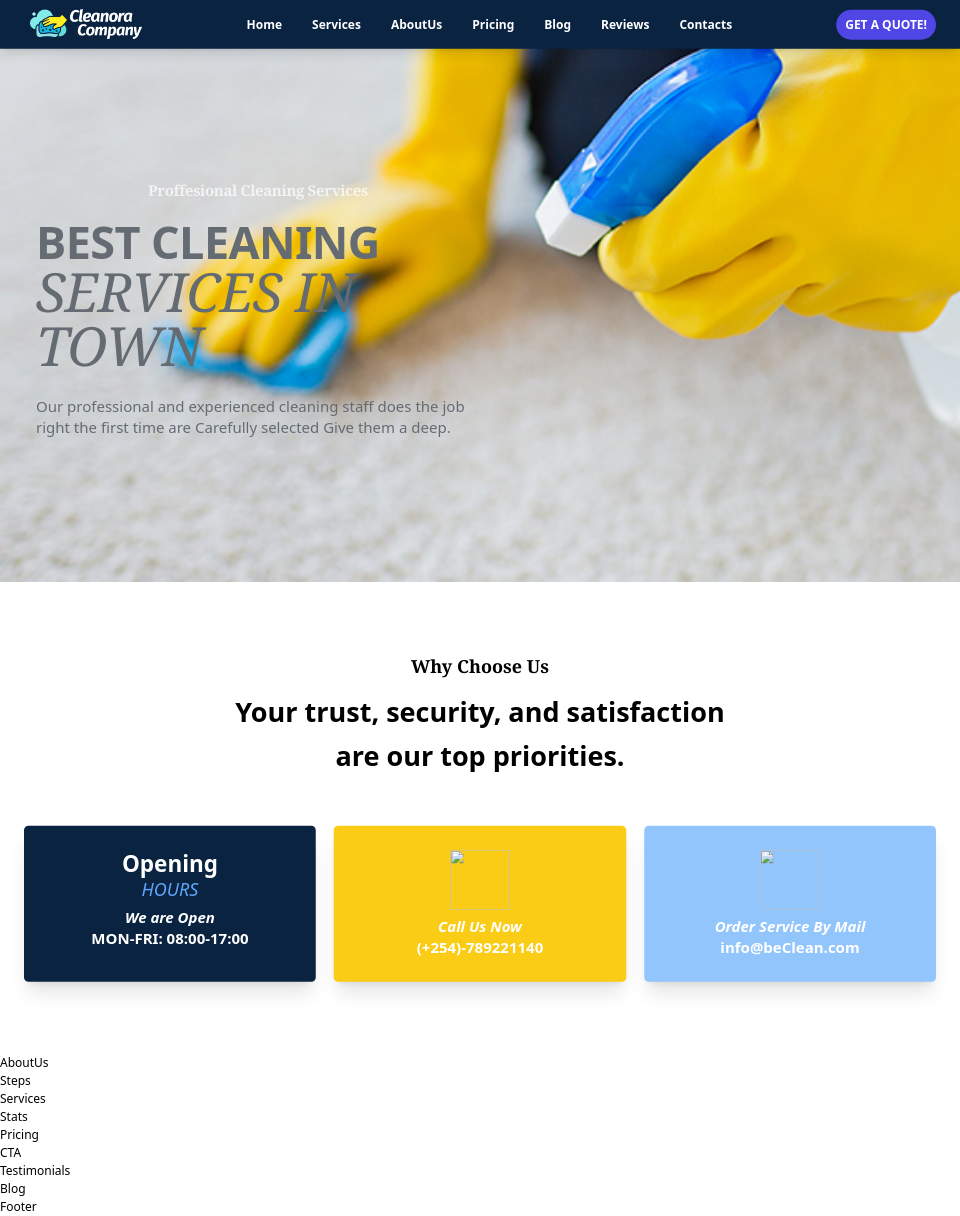
Repository: remydev47/cleonara
Page: /
An editor plug-in stored every save of this project. The page is shown before and after the next save, followed by the edit.
The browser window is 1280 px wide. The pictures show the whole page, at 75% of full size.
The project was rebuilt for these pictures with package versions that can differ from the ones it lists, and the page was loaded fresh each time. The framework's server and built-in components were replaced by stand-ins that run in the browser. Also part of the build but not shown: next.config.js.

Above is the page before, as saved 2022-11-01 12:48:43.
Not found: images/mail.png
Not found: images/smartphone.png

### pages/_app.tsx
import '../styles/globals.css'
import type { AppProps } from 'next/app'
import Header from '../components/Header'

function MyApp({ Component, pageProps }: AppProps) {
  return(
    <>
      <Header />
      <Component {...pageProps} />
    </>

  )
}

export default MyApp

### pages/index.tsx
import type { NextPage } from 'next'
import Head from 'next/head'
import Image from 'next/image'
import { AboutUs, CTA, Hero, Offers, Pricing, Services, Blog, Stats, Steps, Testimonials, Footer } from '../components'

const Home: NextPage = () => {
  return (
    <div className="">
      <Head>
        <title>CLEONARA</title>
        <link rel="icon" href="/favicon.ico" />
      </Head>
      <Hero/>
      <Offers />
      <AboutUs />
      <Steps />
      <Services />
      <Stats />
      <Pricing />
      <CTA />
      <Testimonials />
      <Blog />
      <Footer />
    </div>
  )
}

export default Home

### components/Header.tsx
import React from 'react';
import { navLinks } from '../constants';
import Menupopover from './Menupopover';
import Image from 'next/image';
import Logo from './Logo';
import { Button } from './Button';

const Header = () => {
  return (
    <header className="fixed inset-x-0 bg-[#092341] z-20 flex justify-between items-center py-2 px-2 shadow-lg dark:bg-slate-900 sm:py-3 sm:px-8">
            <div className='flex grow-0 basis-1/3 md:hidden'>
                <Menupopover />
            </div>

             <div className='flex grow-0 ml-2 justify-center md:justify-start'>
                <Logo />

            </div>


            <ul className="list-none sm:flex hidden justify-center items-center flex-1">
            {navLinks.map((nav, index) => (
                <li
                key={nav.id}
                className={`font-bold cursor-pointer text-[16px] hover:text-blue-400
                   ${index === navLinks.length - 1 ? 'mr-0' : 'mr-10'}
                  text-white `}
                >
                    <a>{nav.title}</a>
                </li>
            ))}
           </ul>

          <div className='sm:flex hidden'>
            <Button variant='solid'>
              GET A QUOTE!
            </Button>
          </div>

        </header>
  )
}

export default Header

### components/index.ts
import Hero from "./Hero";
import Offers from "./Offers";
import AboutUs from "./AboutUs";
import Steps from "./Steps";
import Services from "./Services";
import Stats from "./Stats";
import Pricing from "./Pricing";
import CTA from "./CTA";
import Testimonials from "./Testimonials";
import Blog from "./Blog";
import Footer from "./Footer";

export {
    Hero, Offers, AboutUs, Steps, Services, Stats, Pricing, CTA, Testimonials, Blog, Footer
}

### constants/index.ts
export const navLinks=[
    {
        id:"home",
        title:"Home",
    },
    {
        id:"services",
        title:"Services",
    },
    {
        id:"AboutUs",
        title:"AboutUs",
    },
    {
        id:"pricing",
        title:"Pricing",
    },
    {
        id:"blog",
        title:"Blog",
    },
    {
        id:"reviews",
        title:"Reviews",
    },
    {
        id:"contacts",
        title:"Contacts",
    },
]

### components/Menupopover.tsx
import React, {useState, Fragment} from 'react';
import { navLinks } from '../constants';
import { IconButton, Button } from './Button';
import { Transition, Dialog } from '@headlessui/react';
import Logo from './Logo';
import Image from 'next/image';

const Menupopover = () => {
  const [isOpen, setIsOpen] = useState(false)

  return (
    <div>
    <IconButton
      variant='ghost'
      aria-label='menu'
      onClick={() => setIsOpen(!isOpen)}
    >
      <svg className='h-6 w-6 ' fill='none' stroke='currentColor'>
        <path
          strokeLinecap='round'
          strokeLinejoin='round'
          strokeWidth={2}
          d='M4 6h16M4 12h16M4 18h16'
        />
      </svg>
    </IconButton>
    <Transition
      show={isOpen}
      appear
      as={Fragment}
      enter='transform transition ease-in-out duration-300'
      enterFrom='-translate-x-full'
      enterTo='translate-x-0'
      leave='transform transition ease-in-out duration-300 delay-200'
      leaveFrom='translate-x-0'
      leaveTo='-translate-x-full'
     >
     <Dialog
       as='div'
       className={`fixed inset-0 z-50`}
       onClose={setIsOpen}
       open={isOpen}
       >
       <Transition.Child
         as={Fragment}
         enter='ease-out duration-300 delay-300'
         enterFrom='opacity-0'
         enterTo='opacity-100'
         leave='ease-in duration-200'
         leaveFrom='opacity-100'
         leaveTo='opacity-0'
       >

        <Dialog.Overlay
          className={`fixed inset-0 bg-black/20 backdrop-blur-sm dark:bg-gray-900/80`}
         />
      </Transition.Child>
       <div className={styles.dialogcontainer}>
        <a className='mx-auto mt-4 flex w-[140px] '>
          <Logo />
        </a>
        <ul
            className={styles.navWrapper2}
         >
            {navLinks.map((nav, index) => (
                <li
                 key={nav.id}
                 className={` font-bold cursor-pointer text-[16px]
                  mt-2 border-t border-slate-200 py-4 dark:border-slate-600
                  ${index === navLinks.length - 1 ? 'mr-0' : 'mb-4'}
                  text-white `}
                >
                 <a href={`#${nav.id}`}>
                    {nav.title}
                 </a>
                </li>
             ))}
         </ul>

        <IconButton
          variant='ghost'
          aria-label='close menu'
          className='absolute top-5 right-5'
          onClick={() => setIsOpen(false)}
        >
          <svg
            viewBox='0 0 10 10'
            className='h-2.5 w-2.5 overflow-visible'
            aria-hidden='true'
          >
            <path
                d='M0 0L10 10M10 0L0 10'
                fill='none'
                stroke='currentColor'
                strokeWidth='2'
                strokeLinecap='round'
              />
          </svg>
        </IconButton>
       </div>
     </Dialog>
    </Transition>
  </div>
  )
}

export default Menupopover;

const styles ={
  dialogcontainer:`fixed top-0 bottom-0 left-0 w-full max-w-xs rounded-r-xl bg-[#092341] p-6 shadow-lg dark:bg-gray-800`,
  menuitems:`group relative flex h-9 items-center oveflow-hidden rounded-md hover:bg-slate-200/50`,
  navWrapper2:`list-none flex flex-col justify-end items-center flex-1`,
}

### components/Logo.tsx
import React from 'react'
import Image from 'next/image'

const Logo = () => {
  return (
    <div>
        <Image
          src='/images/logo.png'
          alt='Cleonara'
          height={80}
          width={150}
        />
    </div>
  )
}

export default Logo

### components/Button/index.tsx
import React, { forwardRef } from "react";
//import { __DEV__ } from "../../utils/assertions";

type BaseButtonProps = Omit<React.HTMLProps<HTMLButtonElement>, "size">;

/* === Button Element === */

export interface ButtonProps extends BaseButtonProps {
  children: React.ReactNode;
  fullWidth?: boolean;
  className?: string;
  variant?: "solid" | "outline" | "ghost";
  size?: "sm" | "md" | "lg";
  as?: string;
  isExternal?: boolean;
  type?: "button" | "submit" | "reset";
}

export const Button = forwardRef<HTMLButtonElement, ButtonProps>(
  (
    {
      children,
      variant = "solid",
      size = "md",
      fullWidth = false,
      className,
      as = "button",
      isExternal = false,
      ...rest
    },
    ref
  ) => {
    let tempClassNames: string[] = [];

    const sharedClasses = [
      "capitalize",
      "focus:outline-none",
      "focus:ring-2",
      "focus:ring-indigo-400",
      "focus:ring-offset-2",
      "focus:ring-offset-indigo-50",
      "font-semibold",
      "rounded-full",
      "inline-flex",
      "flex-shrink-0",
      "items-center",
      "justify-center",
      "transition-colors",
      "ease-in-out",
      "duration-500",
    ];

    if (fullWidth) sharedClasses.push("w-full");

    // handle variants
    let btnSolid = ["bg-indigo-600", "hover:bg-indigo-700", "text-white"];
    let btnOutline = [
      "dark:text-white",
      "hover:text-indigo-700",
      "hover:dark:text-indigo-700",
      "bg-transparent",
      "hover:bg-indigo-50",
      "border",
      "border-indigo-600",
    ];
    let btnGhost = [
      "bg-transparent",
      "dark:text-white",
      "hover:bg-indigo-50",
      "hover:text-indigo-700",
      "hover:dark:text-indigo-700",
    ];

    if (variant === "solid") {
      tempClassNames = [...sharedClasses, ...btnSolid];
    } else if (variant === "outline") {
      tempClassNames = [...sharedClasses, ...btnOutline];
    } else if (variant === "ghost") {
      tempClassNames = [...sharedClasses, ...btnGhost];
    }

    // handle sizes
    let sizeSm = ["h-8", "px-2", "text-sm"];
    let sizeMd = ["h-10", "px-3"];
    let sizeLg = ["h-12", "px-4", "text-lg"];

    if (size === "sm") {
      tempClassNames = [...tempClassNames, ...sizeSm];
    } else if (size === "md") {
      tempClassNames = [...tempClassNames, ...sizeMd];
    } else if (size === "lg") {
      tempClassNames = [...tempClassNames, ...sizeLg];
    }

    let classes = tempClassNames.join(" ");

    let Element = as ? (
      React.createElement(
        as,
        {
          className: `${classes} ${className}`,
          target: isExternal ? "_blank" : undefined,
          rel: isExternal ? "noopener noreferrer" : undefined,
          ref,
          ...rest,
        },
        children
      )
    ) : (
      <button {...rest} className={`${classes} ${className}`} ref={ref}>
        {children}
      </button>
    );

    return Element;
  }
);

// if (__DEV__) {
//   Button.displayName = "Button";
// }

/* === IconButton Element === */

export interface IconButtonProps extends ButtonProps {
  icon?: React.ReactElement;
  "aria-label": string;
}

export const IconButton = forwardRef<HTMLButtonElement, IconButtonProps>(
  (
    {
      children,
      icon,
      className,
      "aria-label": ariaLabel,
      size = "md",
      ...rest
    },
    ref
  ) => {
    let sharedClasses = ["rounded-full", "!px-0"];

    // handle sizes
    let sizeSm = ["w-8"];
    let sizeMd = ["w-10"];
    let sizeLg = ["w-12"];

    if (size === "sm") {
      sharedClasses = [...sharedClasses, ...sizeSm];
    } else if (size === "md") {
      sharedClasses = [...sharedClasses, ...sizeMd];
    } else if (size === "lg") {
      sharedClasses = [...sharedClasses, ...sizeLg];
    }

    /**
     * Passing the icon as prop or children should work
     */
    const element = icon || children;
    const _children = React.isValidElement(element)
      ? React.cloneElement(element as any, {
          "aria-hidden": true,
          focusable: false,
        })
      : null;

    let classes = sharedClasses.join(" ");
    return (
      <Button
        className={`${classes} ${className}`}
        aria-label={ariaLabel}
        size={size}
        {...rest}
        ref={ref}
      >
        {_children}
      </Button>
    );
  }
)

### components/Hero.tsx
import React from 'react'

const Hero = () => {
  return (
    <section className='relative pt-48 pb-12 xl:pt-60 sm:pb-16 lg:pb-32 xl:pb-48 2xl:pb-56'>
    <div className="absolute inset-0">
     <img className="object-cover w-full h-full" src="/images/7.jpg" alt="" />
    </div>
   <div className='relative'>
    <div className="px-6 mx-auto sm:px-8 lg:px-12 max-w-7xl">
      <div className="w-full lg:w-2/3 xl:w-1/2">
        <h1 className="font-serif text-xl font-bold tracking-tight text-white text-opacity-70 text-center">Proffesional Cleaning Services</h1>
        <p className="mt-6 tracking-tighter text-[#656b72]">
          <span className="font-sans font-bold text-6xl">BEST CLEANING </span><br />
          <span className="font-serif italic font-BOLD text-7xl">SERVICES IN TOWN</span>
        </p>
        <p className="mt-8 font-erif text-xl font-normal text-[#656b72]">
         Our professional and experienced cleaning staff does the job right the first time are Carefully selected Give them a deep.
        </p>
      </div>
    </div>
   </div>
  </section>
  )
}

export default Hero

### components/Offers.tsx
import React from 'react'

const Offers = () => {
  return (
    <section className="bg-[#fff] sm:py-16 lg:py-24">
    <div className="px-4 mx-auto max-w-7xl sm:px-6 lg:px-8">
    <div className="max-w-2xl mx-auto text-center">
      <h2 className="text-xl font-serif font-semibold leading-tight text-black  lg:text-2xl">Why Choose Us</h2>
      <p className="mx-auto mt-4 text-4xl font-bold leading-relaxed text-black">
       Your trust, security, and satisfaction are our top priorities.
      </p>
    </div>

    <div className="grid max-w-md grid-cols-1 gap-6 mx-auto mt-8 text-center lg:max-w-full lg:mt-16 lg:grid-cols-3">

        <div className="overflow-hidden bg-[#092341] shadow-xl border-gray-300 rounded-md">
          <div className="p-8 xl:px-12 flex flex-col items-center justify-center">
             <div className='flex flex-col'>
               <h1 className='text-3xl font-semibold text-white'>Opening</h1>
               <span className='italic text-2xl text-blue-400'>HOURS</span>
             </div>
             <h2 className='font-bold text-xl italic text-white text-center mt-2'>
               We are Open
             </h2>
             <p className='text-xl text-white text-center font-bold'>
               MON-FRI: 08:00-17:00
             </p>
          </div>
        </div>

        <div className="overflow-hidden bg-yellow-400 shadow-xl border-gray-300 rounded-md">
          <div className="p-8 xl:px-12 flex flex-col items-center justify-center">
             <div>
               <img src='/images/smartphone.png' className='h-20 w-20'/>
             </div>
             <h2 className='font-bold text-xl italic text-white text-center mt-2'>
               Call Us Now
             </h2>
             <p className='text-xl text-white text-center font-bold'>
              (+254)-789221140
             </p>
          </div>
        </div>

        <div className="overflow-hidden bg-blue-300 shadow-xl border-gray-300 rounded-md">
          <div className="p-8 xl:px-12 flex flex-col items-center justify-center">
             <div>
               <img src='/images/mail.png' className='h-20 w-20'/>
             </div>
             <h2 className='font-bold text-xl italic text-white text-center mt-2'>
               Order Service By Mail
             </h2>
             <p className='text-xl text-white text-center font-bold'>
              info@beClean.com
             </p>
          </div>
        </div>

    </div>
</div>
</section>
  )
}

export default Offers

### components/Steps.tsx
import React from 'react'

const Steps = () => {
  return (
    <div>Steps</div>
  )
}

export default Steps

Loaded but not shown: styles/globals.css (common file); components/AboutUs.tsx (common file); components/Services.tsx (common file); components/Stats.tsx (common file); components/Pricing.tsx (common file); components/CTA.tsx (common file); components/Testimonials.tsx (common file); components/Blog.tsx (common file); components/Footer.tsx (common file); tailwind.config.js (common file)

After the next save:
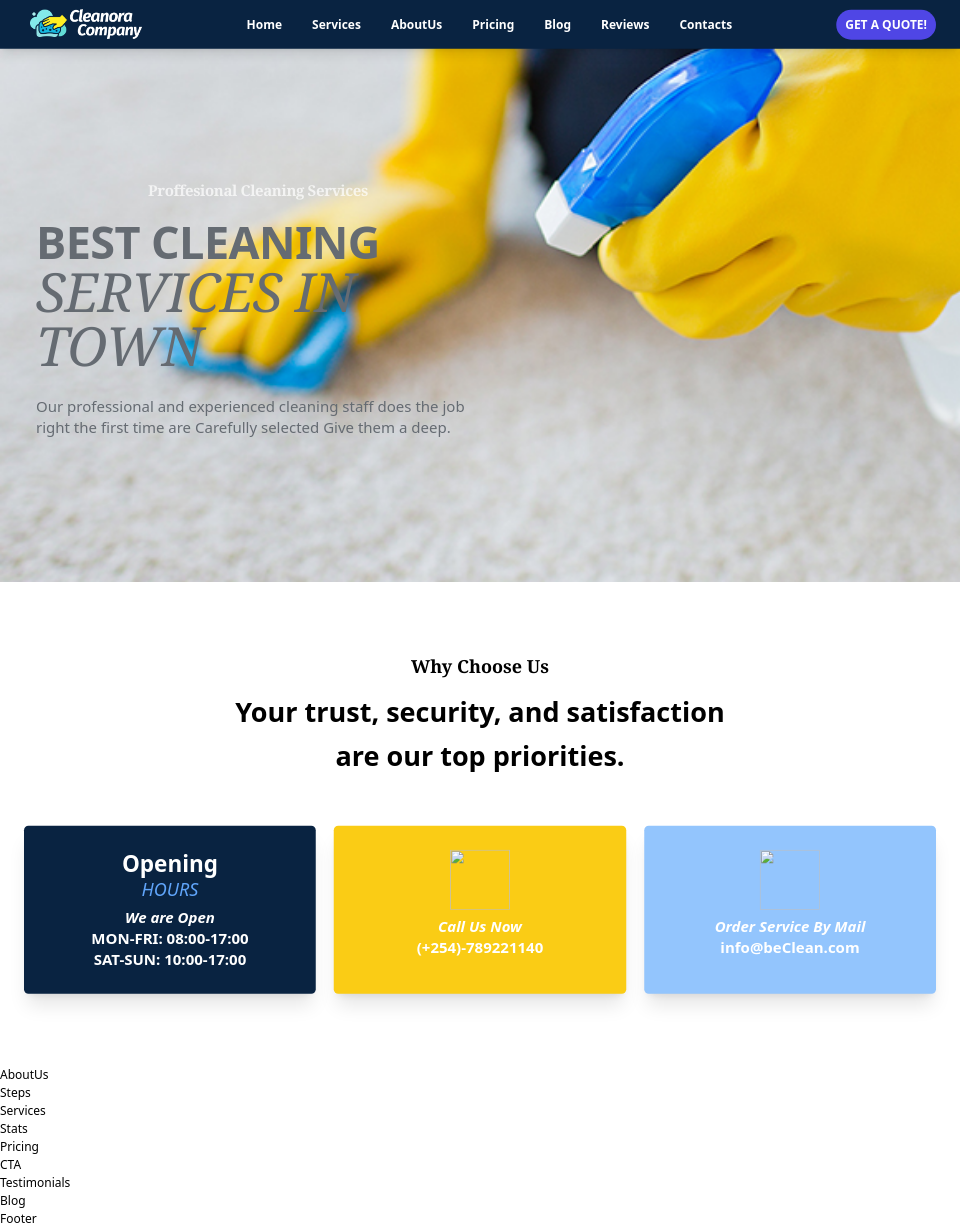
Saved 87 s later.
--- a/components/Offers.tsx
+++ b/components/Offers.tsx
@@ -24,6 +24,9 @@ const Offers = () => {
              </h2>
              <p className='text-xl text-white text-center font-bold'>
                MON-FRI: 08:00-17:00
+             </p>
+             <p className='text-xl text-white text-center font-bold'>
+               SAT-SUN: 10:00-17:00
              </p>
           </div>
         </div>
